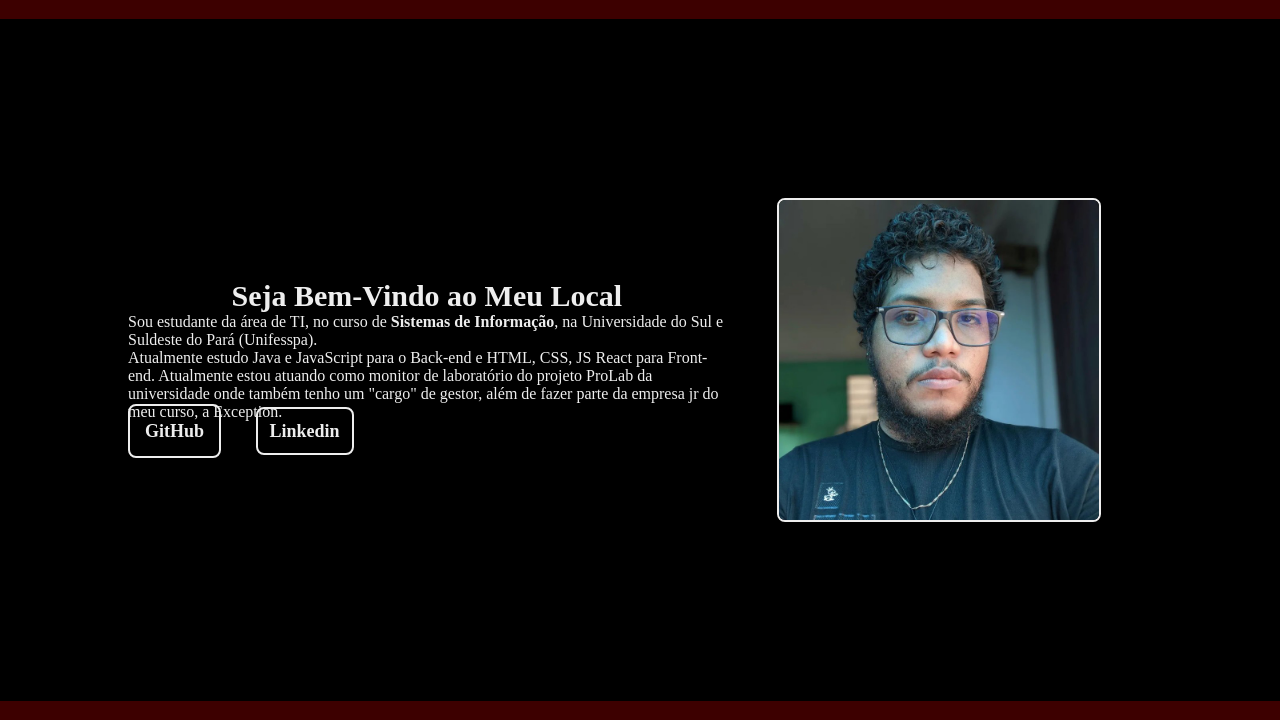
Repository: ramoncbarbosa/Web1_Atividade2
Page: index.html
The author's editor kept a copy of each file at every save. The page is drawn from the files as they stood at one save, then again after a run of saves.
The browser window is 1280 px wide. The pictures show the whole page.

Above is the page before, as saved 2023-06-09 14:36:08.

After the next 3 saves:
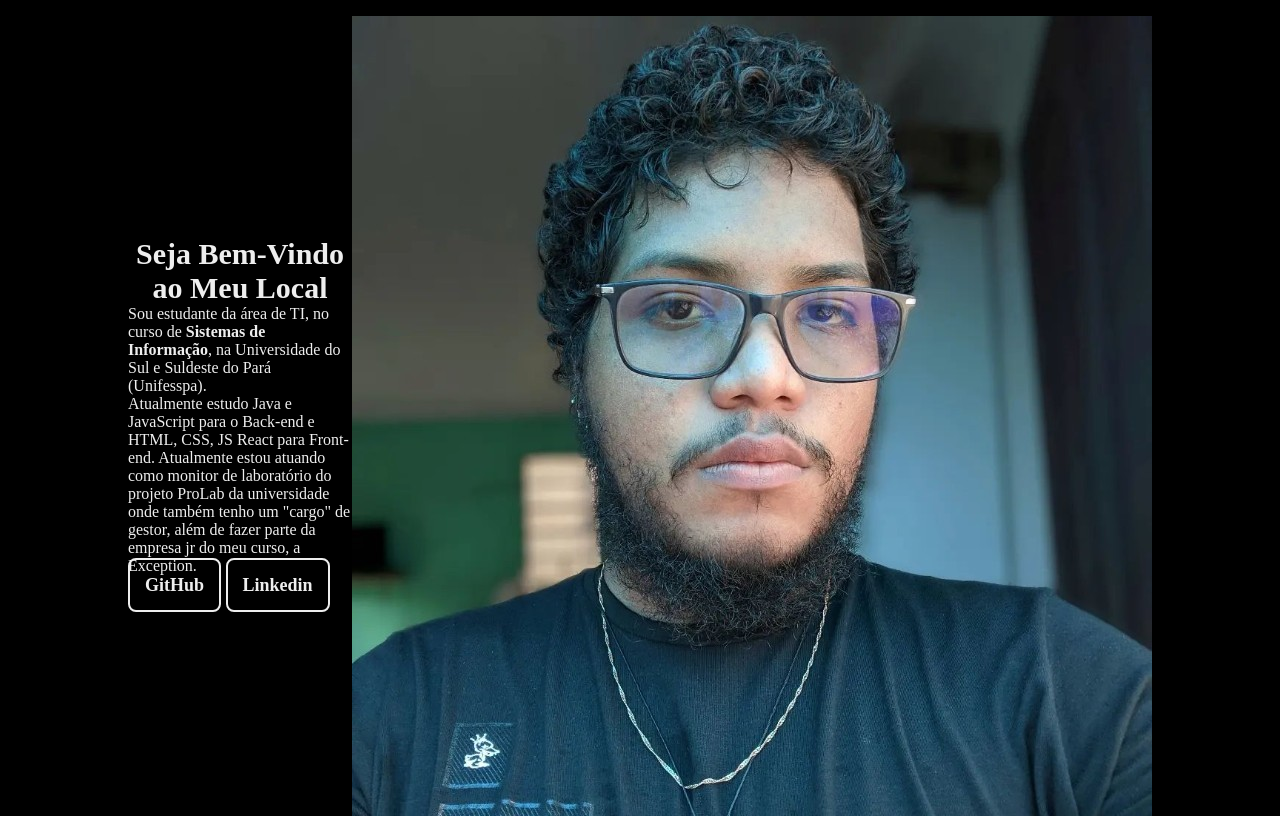
The 3 saves are shown as one change because they came seconds apart.
The last was saved 11 s later.
--- a/styles/styles.css
+++ b/styles/styles.css
@@ -76,7 +76,8 @@
 }
 
 
-#redes_github{
+#redes_github,
+#redes_linkedin{
     border: 2px solid var(--cor-dois);
     border-radius: 8px;
     padding: 12px;
@@ -88,6 +89,7 @@
 
 }
 
+/*
 #redes_linkedin {
     border: 2px solid var(--cor-dois);
     border-radius: 8px;

After the save that followed:
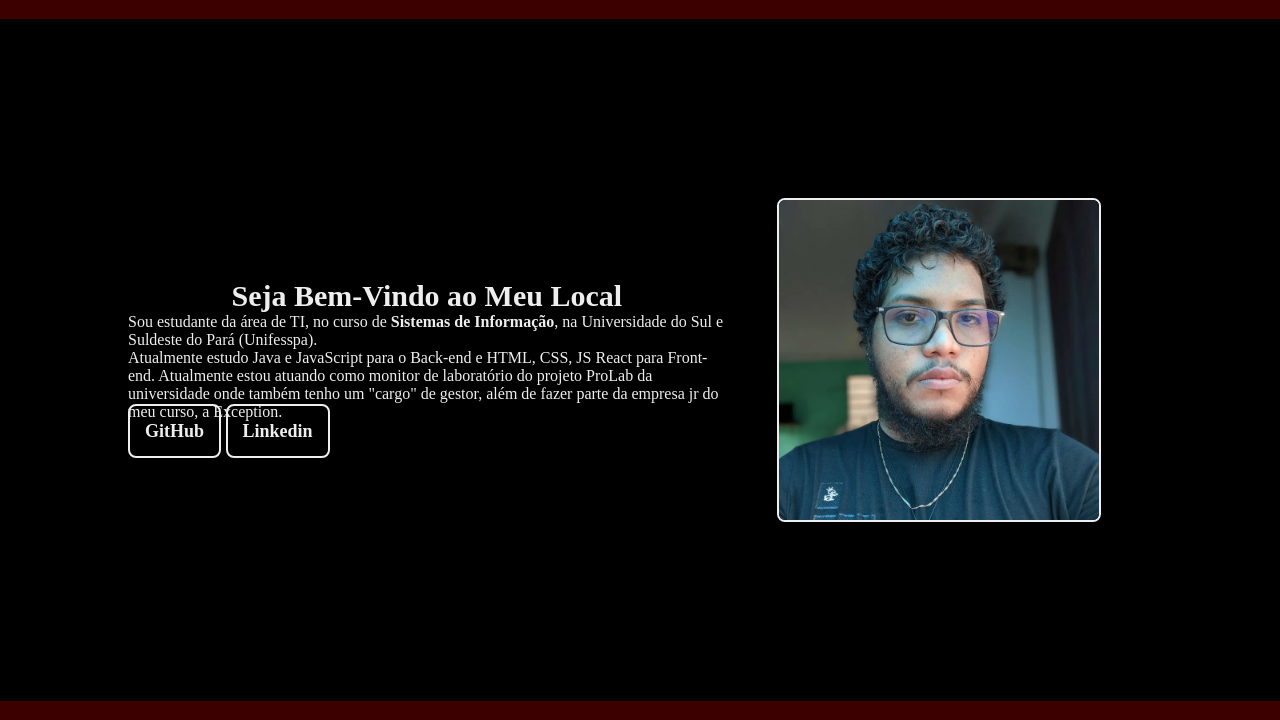
Saved 4 s later.
--- a/styles/styles.css
+++ b/styles/styles.css
@@ -102,8 +102,8 @@
 
     text-decoration: none;
     color: var(--cor-dois);
-
 }
+*/
 
 
 .perfil{
